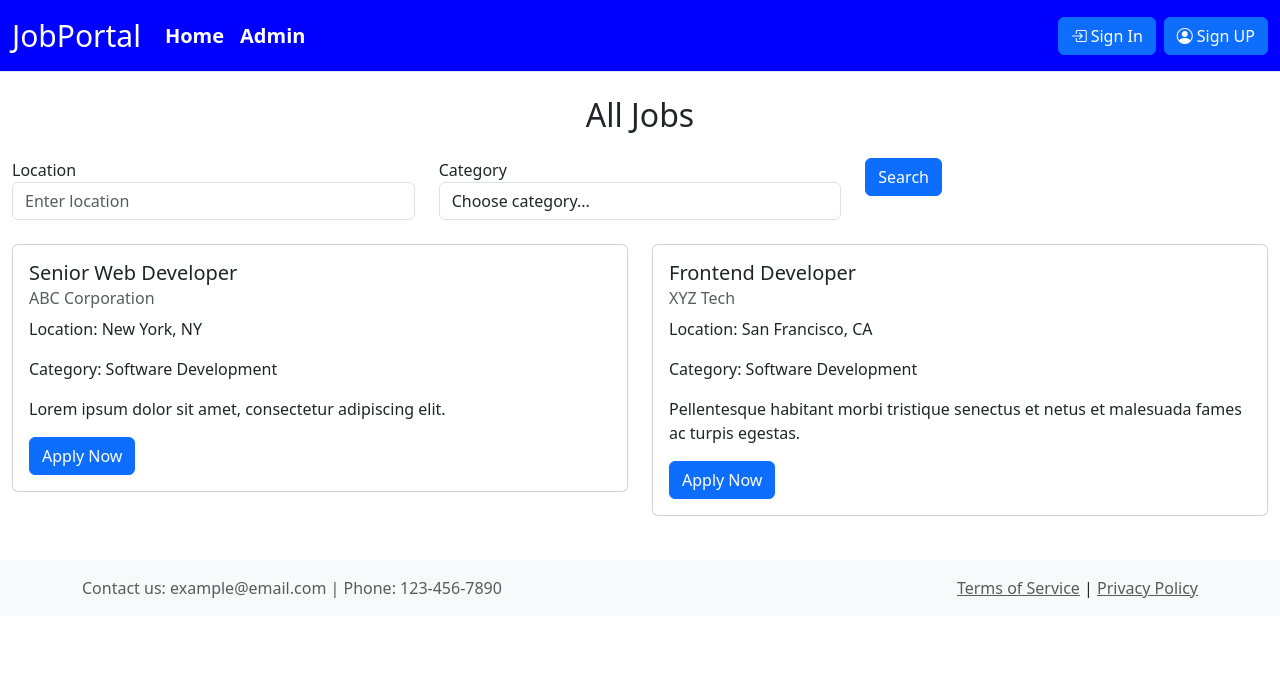
Repository: smruti12344/Job_Portal
Page: http://localhost/Job_portal/home.jsp
The author's editor kept a copy of each file at every save. The page is drawn from the files as they stood at one save, then again after the next save.
The browser window is 1280 px wide. The pictures show the whole page.
Some web libraries are served in a nearby version. The page is served by Tomcat 9. Other server files are loaded and not shown.

Above is the page before, as saved 2024-04-17 06:08:01.

### Job_portal/src/main/webapp/home.jsp
<%@ page language="java" contentType="text/html; charset=UTF-8"
    pageEncoding="UTF-8"%>
<!DOCTYPE html>
<html lang="en">
<head>
    <meta charset="UTF-8">
    <meta name="viewport" content="width=device-width, initial-scale=1.0">
    <title>All Jobs</title>
    <!--all file links  -->
<%@include file="Components\alllinks.jsp" %>
    <!-- Custom CSS -->
    <style>
        /* Custom styles */
        .job-card {
            margin-bottom: 20px;
        }
    </style>
</head>
<body>
<%@include file="Components\navbar.jsp" %>
    <div class="container-fluid my-4">
        <h2 class="text-center mb-4">All Jobs</h2>

        <!-- Search form -->
        <form >
            <div class="row ">
                <div class="form-group col-md-4">
                    <label for="inputLocation">Location</label>
                    <input type="text" class="form-control" id="inputLocation" placeholder="Enter location">
                </div>
                <div class="form-group col-md-4">
                    <label for="inputCategory">Category</label>
                    <select id="inputCategory" class="form-control">
                        <option selected>Choose category...</option>
                        <option>Software Development</option>
                        <option>Marketing</option>
                        <option>Finance</option>
                        <!-- Add more categories as needed -->
                    </select>
                </div>

               <div class="col-md-4">
                <button type="submit" class="btn btn-primary text-center">Search</button> </div>
            </div>

        </form>

        <div class="row mt-4">
            <div class="col-md-6">
                <div class="card job-card">
                    <div class="card-body">
                        <h5 class="card-title">Senior Web Developer</h5>
                        <h6 class="card-subtitle mb-2 text-muted">ABC Corporation</h6>
                        <p class="card-text">Location: New York, NY</p>
                        <p class="card-text">Category: Software Development</p>
                        <p class="card-text">Lorem ipsum dolor sit amet, consectetur adipiscing elit.</p>
                        <a href="#" class="btn btn-primary">Apply Now</a>
                    </div>
                </div>
            </div>
            <!-- Add more job cards as needed -->
            <div class="col-md-6">
                <div class="card job-card">
                    <div class="card-body">
                        <h5 class="card-title">Frontend Developer</h5>
                        <h6 class="card-subtitle mb-2 text-muted">XYZ Tech</h6>
                        <p class="card-text">Location: San Francisco, CA</p>
                        <p class="card-text">Category: Software Development</p>
                        <p class="card-text">Pellentesque habitant morbi tristique senectus et netus et malesuada fames ac turpis egestas.</p>
                        <a href="#" class="btn btn-primary">Apply Now</a>
                    </div>
                </div>
            </div>
        </div>
    </div>

    <footer class="footer mt-auto py-3 bg-light ">
        <div class="container d-flex justify-content-between">
            <span class="text-muted">Contact us: example@email.com | Phone: 123-456-7890</span>
            <div class="float-right">
                <a href="#" class="text-muted">Terms of Service</a> |
                <a href="#" class="text-muted">Privacy Policy</a>
            </div>
        </div>
    </footer>

    <!-- Bootstrap JS and jQuery (optional, for Bootstrap components that require JavaScript) -->
    <script src="https://code.jquery.com/jquery-3.5.1.slim.min.js"></script>
    <script src="https://cdn.jsdelivr.net/npm/@popperjs/core@1.16.1/dist/umd/popper.min.js"></script>
    <script src="https://stackpath.bootstrapcdn.com/bootstrap/4.5.2/js/bootstrap.min.js"></script>
</body>
</html>

### Job_portal/src/main/webapp/Components/alllinks.jsp

<link
	href="https://cdn.jsdelivr.net/npm/bootstrap@5.3.3/dist/css/bootstrap.min.css"
	rel="stylesheet"
	integrity="sha384-QWTKZyjpPEjISv5WaRU9OFeRpok6YctnYmDr5pNlyT2bRjXh0JMhjY6hW+ALEwIH"
	crossorigin="anonymous">

<link rel="stylesheet"
	href="https://cdn.jsdelivr.net/npm/bootstrap-icons@1.11.3/font/bootstrap-icons.min.css">

<script
	src="https://cdn.jsdelivr.net/npm/bootstrap@5.3.3/dist/js/bootstrap.bundle.min.js"
	integrity="sha384-YvpcrYf0tY3lHB60NNkmXc5s9fDVZLESaAA55NDzOxhy9GkcIdslK1eN7N6jIeHz"
	crossorigin="anonymous"></script>

<link rel="stylesheet" href="Components/style.css"></link>

### Job_portal/src/main/webapp/Components/navbar.jsp
 <%@ taglib prefix="c" uri="http://java.sun.com/jsp/jstl/core" %>
 <%@ page isELIgnored="false" %>
<nav class="navbar bg-dark navbar-expand-lg border-bottom border-body bg-custom" >
  <div class="container-fluid">
    <a class="navbar-brand" href="#">JobPortal</a>
    <button class="navbar-toggler" type="button" data-bs-toggle="collapse" data-bs-target="#navbarSupportedContent" aria-controls="navbarSupportedContent" aria-expanded="false" aria-label="Toggle navigation">
      <span class="navbar-toggler-icon"></span>
    </button>
    <div class="collapse navbar-collapse" id="navbarSupportedContent">
      <ul class="navbar-nav me-auto mb-2 mb-lg-0">
        <li class="nav-item">
          <a class="nav-link active" aria-current="page" href="index.jsp">Home</a>
        </li>
        <li class="nav-item">
          <a class="nav-link active" aria-current="page" href="admin.jsp">Admin</a>
        </li>
        <c:if test="${user eq 'admin@gmail.com' }">
           <li class="nav-item">
          <a class="nav-link" href="add_job.jsp"><i class="bi bi-plus-circle-fill me-1"></i>Post jobs</a>
        </li>
        <li class="nav-item">
          <a class="nav-link" href="View.jsp"><i class="bi bi-eye-fill me-1"></i>View jobs</a>
        </li>
        </c:if>




      </ul>
      <form class="d-flex" role="search">
      <c:if test="${not empty user }">

      <a href="#" > <button class="btn btn-primary me-2 " type="button"><i class="bi bi-person-circle me-1"></i>Admin</button></a>
       <a href="signup.jsp"> <button type="button" class="btn btn-primary"><i class="bi bi-box-arrow-in-right me-1"></i>Sign out</button></a>
        </c:if>

      <c:if test="${ empty user }">

      <a href="signin.jsp" > <button class="btn btn-primary me-2 " type="button"><i class="bi bi-box-arrow-in-right me-1"></i>Sign In</button></a>
       <a href="signup.jsp"> <button type="button" class="btn btn-primary"><i class="bi bi-person-circle me-1"></i>Sign UP</button></a>
        </c:if>

      </form>
    </div>
  </div>
</nav>

### Job_portal/src/main/webapp/Components/style.css
.bg-custom{
	background-color: blue !important ;
}
.navbar-brand{
	color: white;
	font-size: 30px;
	user-select: none;
}
.navbar-brand:hover{
	color: white;
	text-shadow: 2px 2px 2px black;
	cursor:auto;
}
.navbar .nav-item .nav-link{
	font-size: 20px;
	color: white;
	font-weight: bold;
}
.navbar .nav-item:hover .nav-link{
	background: white;
	color: black;
	border-radius: 10px;
	cursor: pointer;
}

After the next save:
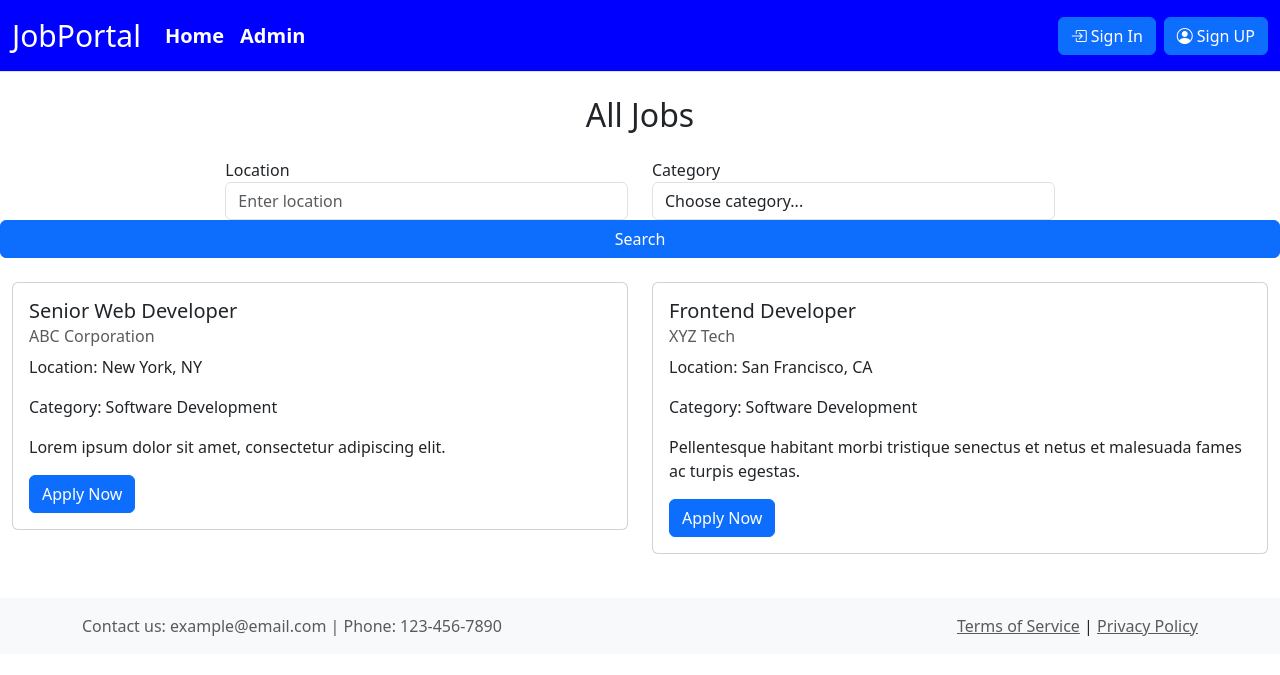
Saved 99 s later.
--- a/Job_portal/src/main/webapp/home.jsp
+++ b/Job_portal/src/main/webapp/home.jsp
@@ -23,7 +23,7 @@
 
         <!-- Search form -->
         <form >
-            <div class="row ">
+            <div class="row d-flex justify-content-center">
                 <div class="form-group col-md-4">
                     <label for="inputLocation">Location</label>
                     <input type="text" class="form-control" id="inputLocation" placeholder="Enter location">
@@ -39,8 +39,7 @@
                     </select>
                 </div>
 
-               <div class="col-md-4">
-                <button type="submit" class="btn btn-primary text-center">Search</button> </div>
+                <button type="submit" class="btn btn-primary text-center">Search</button>
             </div>
 
         </form>
